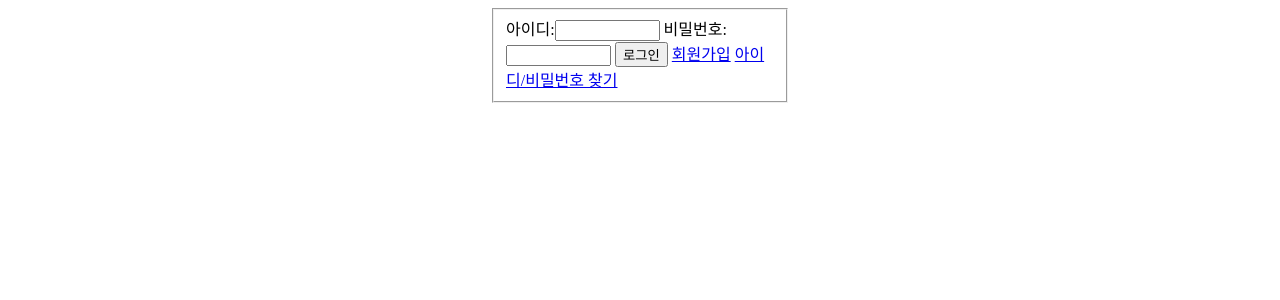
Repository: to-flatwhite1/JSP
Page: http://localhost/JSP/next.jsp
These files come from the project's save history. The page is drawn as it stood at one moment and after the next save; the edit follows.
The browser window is 1280 px wide. The pictures show the whole page.
The page is served by Tomcat 9.

Above is the page before, as saved 2024-05-17 09:00:16.

After the next save:
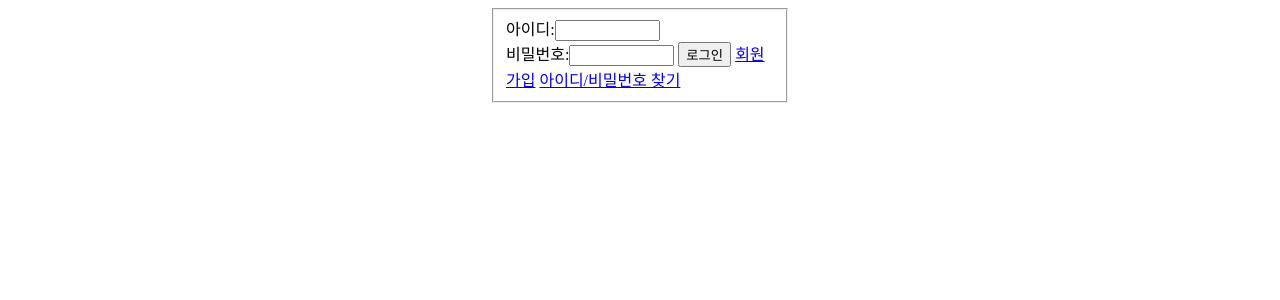
Saved 11 s later.
--- a/portfolio-master/JSP/src/main/webapp/next.jsp
+++ b/portfolio-master/JSP/src/main/webapp/next.jsp
@@ -16,7 +16,7 @@
 	<div id="container">
 	<form method="get" action="next.jsp">
 	<fieldset>
-	아이디:<input type="text" id="user_id" size="10">
+	아이디:<input type="text" id="user_id" size="10"><br>
 	비밀번호:<input type="password" id="user_pw" size="10">
 	<input type="submit" value="로그인">
 	<a href="next2.jsp">회원가입</a>
